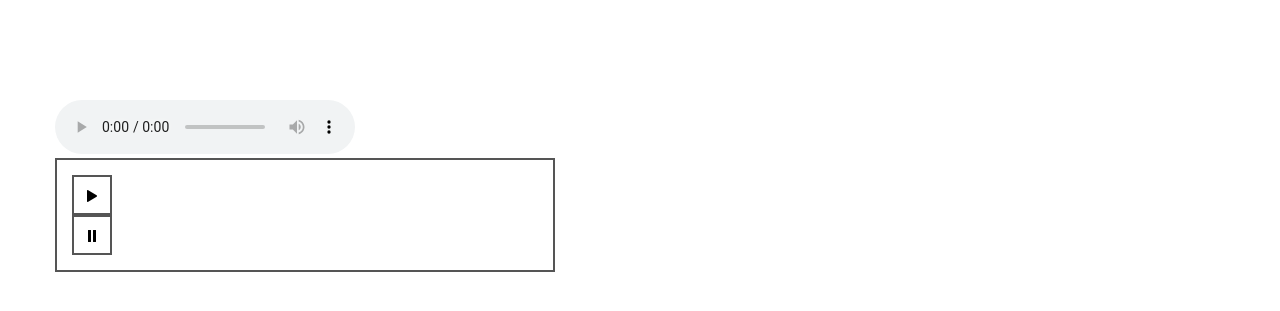
Repository: khanhbinh87/learnJs
Page: customSelect/customAudio/index.html
An editor plug-in stored every save of this project. The page is shown before and after the next save, followed by the edit.
The browser window is 1280 px wide. The pictures show the whole page.

Above is the page before, as saved 2021-06-18 10:57:34.

### customSelect/customAudio/index.html
<!DOCTYPE html>
<html lang="en">
<head>
    <meta charset="UTF-8">
    <meta name="viewport" content="width=device-width, initial-scale=1.0">
    <title>Document</title>
    <link rel="stylesheet" href="style.css">
    <link rel="stylesheet" href="http://code.ionicframework.com/ionicons/2.0.1/css/ionicons.min.css">
</head>
<body>

           <div class="container">
                <audio controls>
                    <source src="https://vnso-zn-10-tf-mp3-320s1-zmp3.zadn.vn/0f74a736f871112f4860/4084563648249736801?authen=exp=1624160308~acl=/0f74a736f871112f4860/*~hmac=8aded0aa83c266eba4c54500bdad9f96&fs=MTYyMzk4NzUwOTAwNnx3ZWJWNnwxMDI0ODQ3MzE5fDE3MS4yNDgdUngMTU5LjE2Ng" type="audio/ogg">

                    Your browser does not support the audio tag.
                </audio>

                <div class="custom-audio">
                <div class="controls">
                        <div class="play">
                            <i class="ion-play"></i>
                        </div>
                        <div class="pause">
                            <i class="ion-pause"></i>
                        </div>
                </div>
                </div>
           </div>

</body>
    <script src="main.js"></script>
</html>

### customSelect/customAudio/style.css
*{margin: 0;padding: 0;box-sizing: border-box;}

.container{
    width: 1170px;
    margin: 100px auto;
}
.custom-audio{
    width: 500px;
    padding: 15px;
    border: 2px solid #555;
}
.custom-audio .play , .custom-audio .pause{
    width: 40px;height: 40px;text-align: center;line-height: 40px;border: 2px solid #555;
}

Loaded but not shown: customSelect/customAudio/main.js (no stored copy; drawn as an empty file)

After the next save:
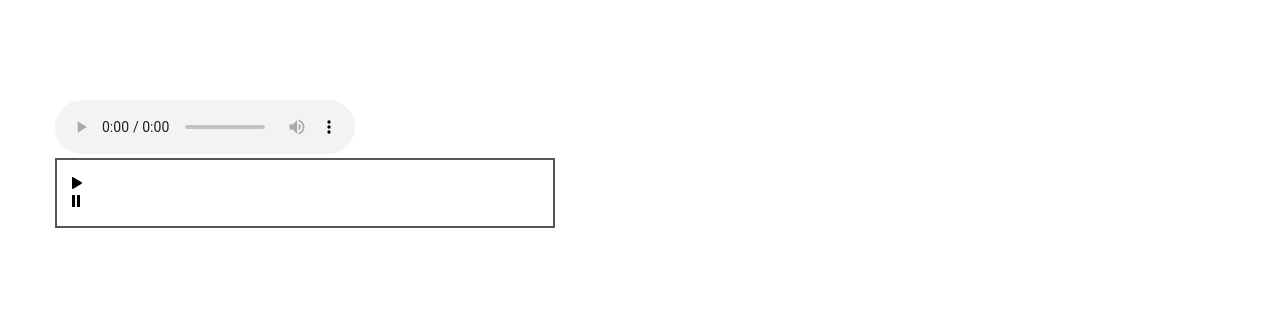
Saved 13 s later.
--- a/customSelect/customAudio/style.css
+++ b/customSelect/customAudio/style.css
@@ -10,5 +10,9 @@
     border: 2px solid #555;
 }
 .custom-audio .play , .custom-audio .pause{
-    width: 40px;height: 40px;text-align: center;line-height: 40px;border: 2px solid #555;
+    width: 40px
+    height: 40px
+    text-align: center
+    line-height: 40px
+    border: 2px solid #555;
 }
